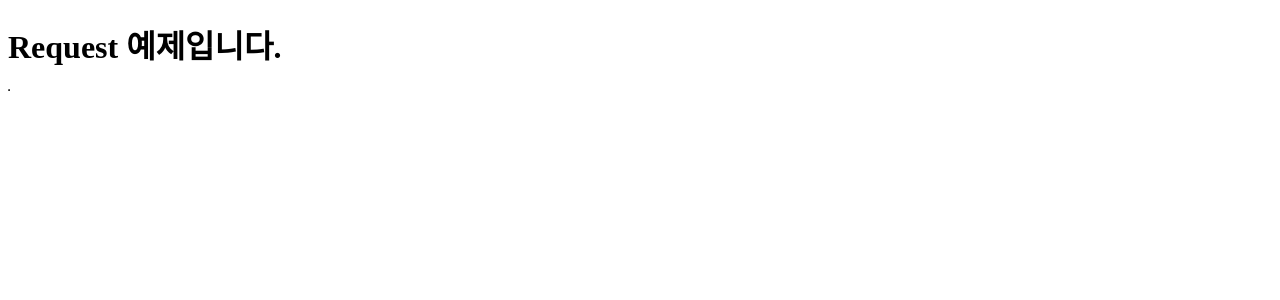
Repository: serendipity63/jsp_workspace
Page: http://localhost/JspExam5/requestTest1.jsp
An editor plug-in stored every save of this project. The page is shown before and after the next save, followed by the edit.
The browser window is 1280 px wide. The pictures show the whole page.
The page is served by Tomcat 9.

Above is the page before, as saved 2023-09-20 03:41:03.

After the next save:
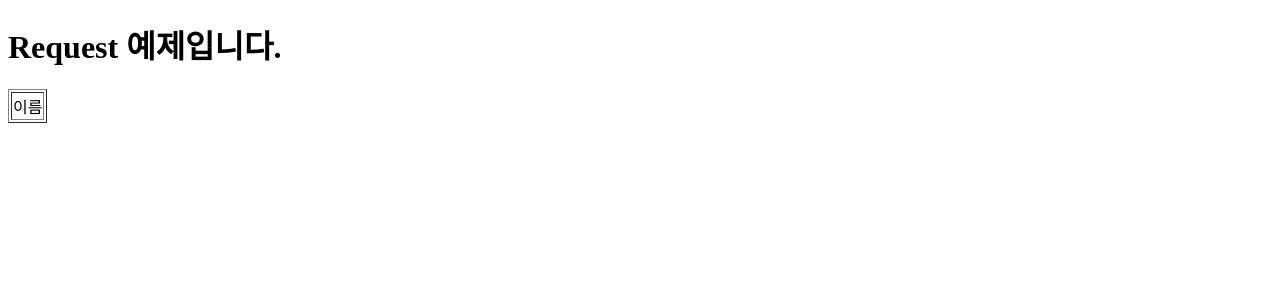
Saved 18 s later.
--- a/JspExam5/src/main/webapp/requestTest1.jsp
+++ b/JspExam5/src/main/webapp/requestTest1.jsp
@@ -9,7 +9,9 @@
 <body>
 <h1>Request 예제입니다.</h1>
 <table border="1" style="width:'400px'">
-
+	<tr>
+	<td>이름</td>
+	</tr>
 </table>
 
 </body>
